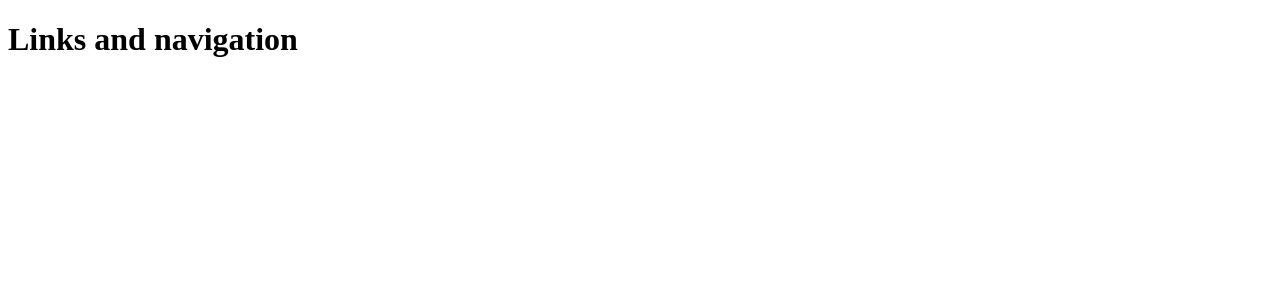
Repository: sannikovcode/exercises-a1
Page: JS/test1/task4/index.html
An editor plug-in stored every save of this project. The page is shown before and after the next save, followed by the edit.
The browser window is 1280 px wide. The pictures show the whole page.

Above is the page before, as saved 2025-10-17 10:20:24.

### JS/test1/task4/index.html
<!DOCTYPE html>
<html lang="en">

<head>
    <meta charset="UTF-8">
    <meta name="viewport" content="width=device-width, initial-scale=1.0">
    <title>88</title>
</head>
<h1>Links and navigation</h1>


</body>

</html>

After the next save:
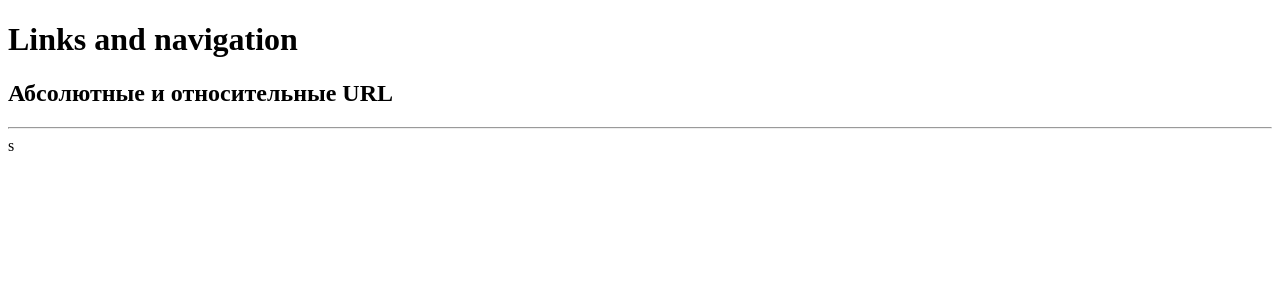
Saved 58 s later.
--- a/JS/test1/task4/index.html
+++ b/JS/test1/task4/index.html
@@ -7,6 +7,10 @@
     <title>88</title>
 </head>
 <h1>Links and navigation</h1>
+<h2>Абсолютные и относительные URL</h2>
+
+<hr>
+s
 
 
 </body>
